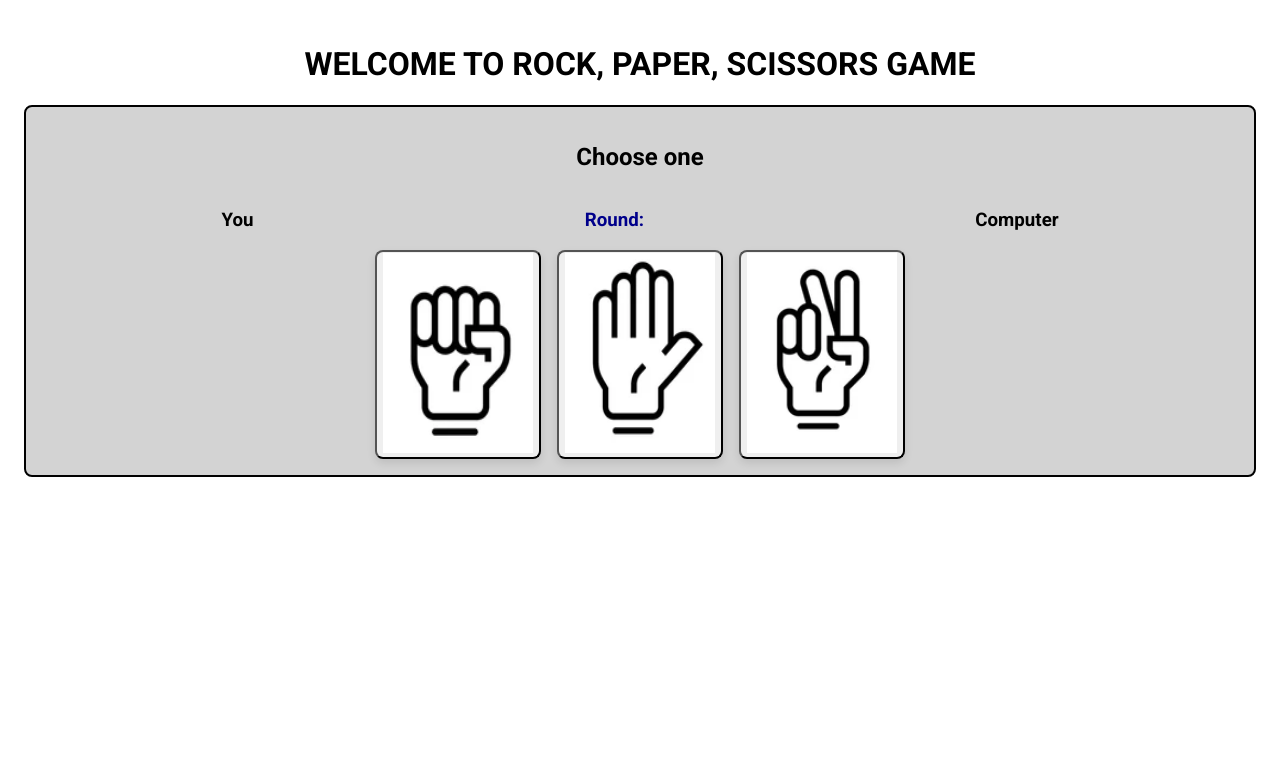
Repository: xhide341/rock_paper_scissor
Page: index.html
An editor plug-in stored every save of this project. The page is shown before and after the next save, followed by the edit.
The browser window is 1280 px wide. The pictures show the whole page.

Above is the page before, as saved 2024-06-21 19:37:53.

### index.html
<!DOCTYPE html>
<html lang="en">
<head>
    <meta charset="UTF-8">
    <meta name="viewport" content="width=device-width, initial-scale=1.0">
    <title>Document</title>
    <link rel="stylesheet" href="style.css">
    <script src="script.js"></script>
    <link rel="preconnect" href="https://fonts.googleapis.com">
    <link rel="preconnect" href="https://fonts.gstatic.com" crossorigin>
    <link href="https://fonts.googleapis.com/css2?family=Roboto:ital,wght@0,100;0,300;0,400;0,500;0,700;0,900;1,100;1,300;1,400;1,500;1,700;1,900&display=swap" rel="stylesheet">
</head>
<body>
    <main>
        <h1>WELCOME TO ROCK, PAPER, SCISSORS GAME</h1>
        <div class="container">
            <h2>Choose one</h2>
            <div class="names">
                <h3>You</h3>
                <h3 class="round-counter">Round: </h3>
                <h3>Computer</h3>
            </div>

            <div class="choices">
                <button type="image">
                    <img src="./images/rock_icon.PNG" alt="Image of rock handsign" height="200px" width="150px">
                </button>
                <button type="image">
                    <img src="./images/paper_icon.PNG" alt="Image of paper handsign" height="200px" width="150px">
                </button>
                <button type="image">
                    <img src="./images/scissor_icon.PNG" alt="Image of scissor handsign" height="200px" width="150px">
                </button>
            </div>
        </div>
    </main>

</body>
</html>

### style.css
.roboto-regular {
    font-family: "Roboto", sans-serif;
    font-weight: 400;
    font-style: normal;
  }

body {
    height: 100vh;
    background: white;
    color: black;
    font-family: "Roboto", sans-serif;
    padding: 16px;
}

h1 {
    display: flex;
    justify-content: center;
}

.container {
    display: flex;
    justify-content: space-between;
    flex-direction: column;
    background: lightgray;
    border: 2px solid black;
    border-radius: 8px;
    padding: 16px;
}

h2 {
    display: flex;
    justify-content: center;
}

.names {
    display: flex;
    flex-direction: row;
    padding: 0 15% 0 15%;
    justify-content: space-between;
}

.round-counter {
    color: darkblue
}

.choices {
    display: flex;
    justify-content: center;
    gap: 16px;
}

button {
    border-radius: 8px;
    width: 200px
    px;
    height: auto;
    box-shadow: 0 4px 8px rgba(0, 0, 0, 0.1);
}

button:hover {
    transform: scale(1.1);
    opacity: 1;
    filter: brightness(80%);
    outline: 2px solid #ffffff;
    overflow: hidden;
}

button:active {
    background-color: #2980b9;
}

### script.js
// PROMPT user to choose between rock, paper, and scissor
// IF user is done choosing, THEN
// GENERATE random element between rock, paper, and scissor
// IF user element beats computer element, THEN
// add point to user, ELSE
// add point to computer


function getComputerChoice() {
    let computerChoice = Math.floor(Math.random() * 3);
    if (computerChoice === 1) {
        return "rock";
    } else if (computerChoice === 2) {
        return "paper";
    } else {
        return "scissor";
    }
}

function getHumanChoice() {
    let humanChoice = prompt("What is your choice?");
    humanChoice.toLowerCase();
    if (humanChoice === "rock") {
        return "rock";
    } else if (humanChoice === "paper") {
        return "paper";
    } else {
        return "scissor";
    }
}

function playRound(computerSelection, humanSelection) {
    if (computerSelection > humanSelection) {
        alert("Computer wins the round!");
        return "computer";
    } else if (computerSelection < humanSelection) {
        alert("Human wins the round!");
        return "human";
    } else {
        alert("Tie!");
        return "tie";
    }
}

function playGame() {
    let computer = 0; human = 0, tie = 0;
    for (let i = 1; i <= 5; i++) {
        alert("Round " + i);
        let roundWinner = playRound(getComputerChoice(), getHumanChoice());
        if (roundWinner === "computer") {
            computer++;
        } else if (roundWinner === "human") {
            human++;
        } else {
            tie++;
        }
    }

    if (computer > human) {
        alert("Computer wins the game!");
    } else if (computer < human) {
        alert("Human wins the game!");
    } else {
        alert("It's a tie!");
    }
}

After the next save:
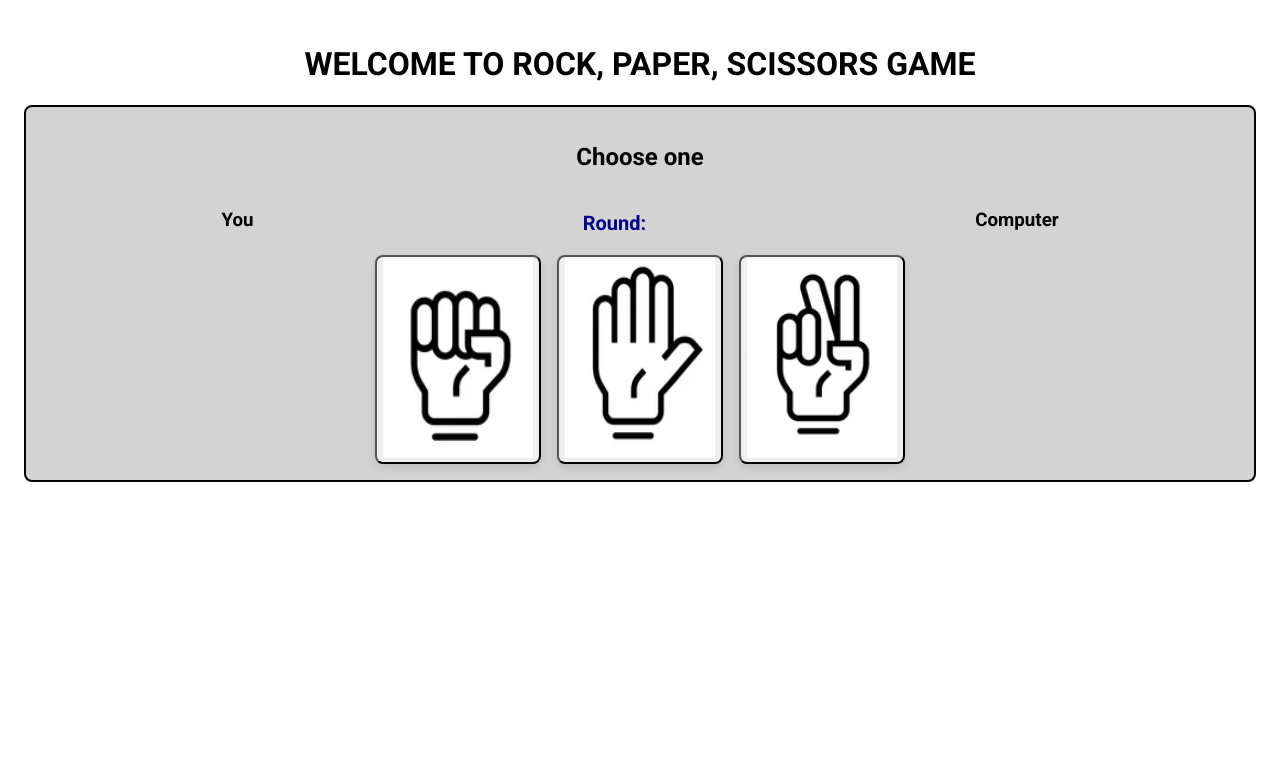
Saved 50 s later.
--- a/style.css
+++ b/style.css
@@ -40,6 +40,9 @@
 }
 
 .round-counter {
+    display: flex;
+    justify-content: center;
+    font-size: 20px;
     color: darkblue
 }
 
